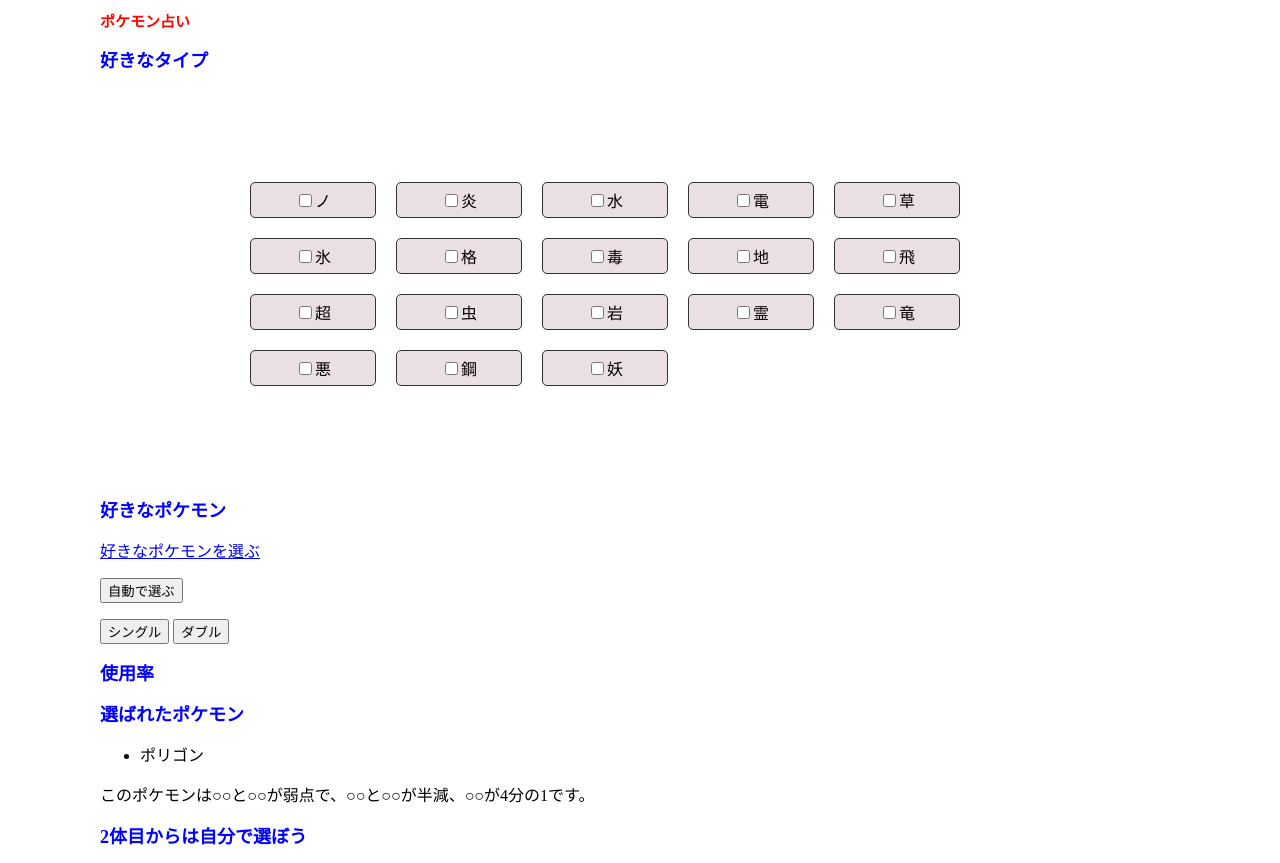
Repository: KustomApe/ksie
Page: index.html
An editor plug-in stored every save of this project. The page is shown before and after the next save, followed by the edit.
The browser window is 1280 px wide. The pictures show the whole page.

Above is the page before, as saved 2021-01-10 14:39:13.

After the next save:
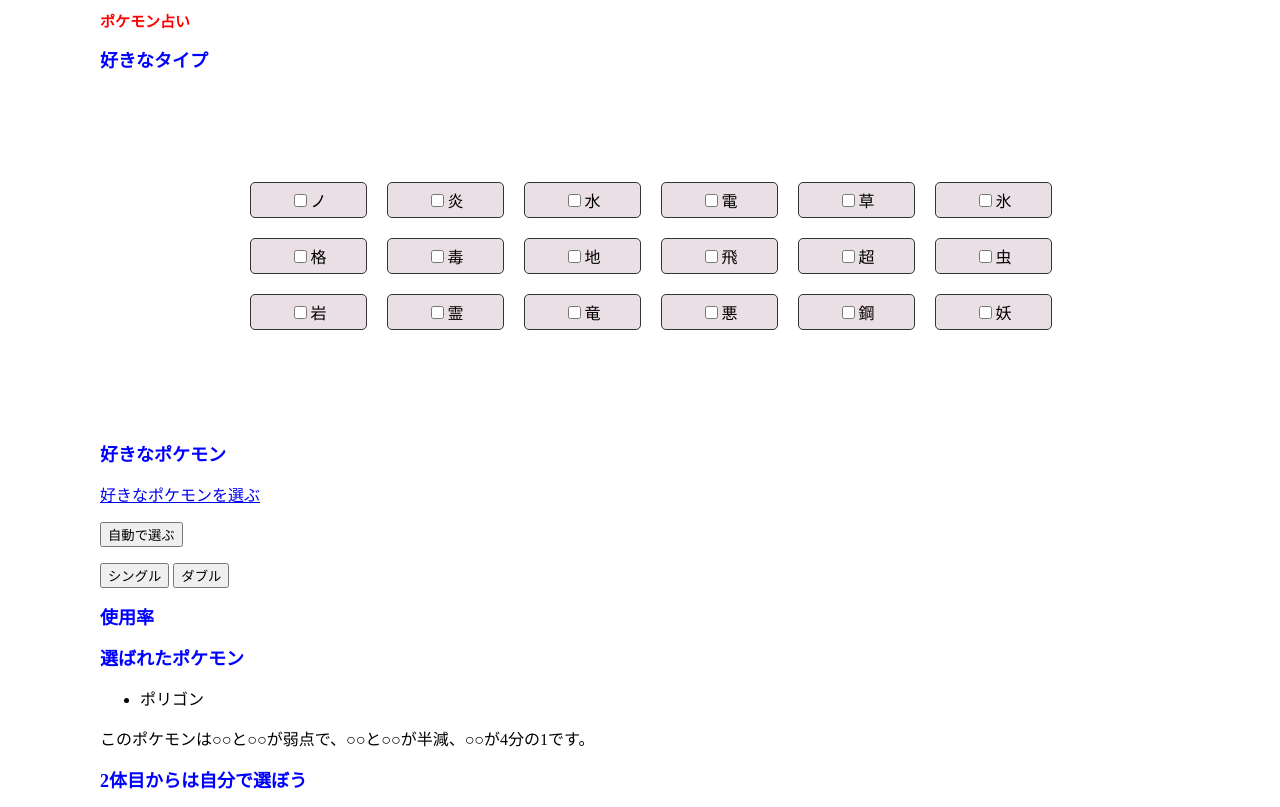
Saved 91 s later.
--- a/assets/css/style.css
+++ b/assets/css/style.css
@@ -30,7 +30,7 @@
     margin: 10px;
     list-style: none;
     float: left;
-    width: 114px;
+    width: 105px;
     border: solid 1px #333333;
     border-radius: 5px;
     padding: 5px;
